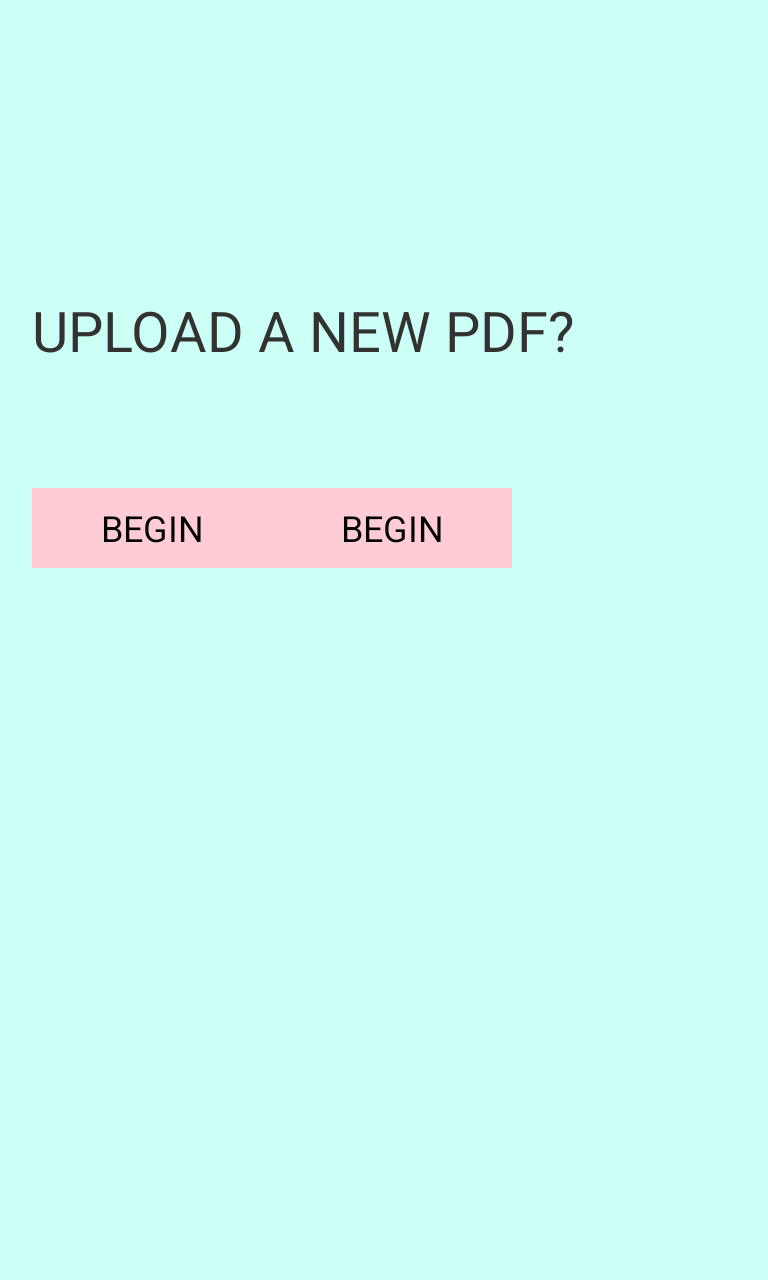
Repository: nick11roberts/Moka-Scanr
Layout: Document Uploader/res/layout/activity_preview.xml
These files come from the project's save history. The layout is drawn as it stood at one moment and after the next save; the edit follows.
It is drawn on a 768 x 1280 px phone screen (xhdpi) without system bars, with theme android:Theme.Holo.Light.NoActionBar; the app's code is not run. The app's manifest (not shown) leaves right-to-left support off. So textAlignment, textDirection and layoutDirection are ignored, and left and right values win over start and end ones.

Above is the layout before, as saved 2014-05-31 00:10:35.

### Document Uploader/res/layout/activity_preview.xml
<LinearLayout xmlns:android="http://schemas.android.com/apk/res/android"
    xmlns:tools="http://schemas.android.com/tools"
    android:layout_width="match_parent"
    android:layout_height="match_parent"
    android:background="@color/bg_color"
    android:baselineAligned="true"
    android:gravity="center_horizontal"
    android:orientation="vertical"
    android:paddingBottom="@dimen/activity_vertical_margin"
    android:paddingLeft="@dimen/activity_horizontal_margin"
    android:paddingRight="@dimen/activity_horizontal_margin"
    android:paddingTop="@dimen/activity_vertical_margin"
    tools:context=".MainActivity" >

    <TextView
        android:layout_width="match_parent"
        android:layout_height="wrap_content"
        android:paddingBottom="60dp"
        android:paddingTop="130dp"
        android:text="@string/main_heading"
        android:textAlignment="center"
        android:textAllCaps="true"
        android:textSize="28sp" />

    <LinearLayout
        android:layout_width="match_parent"
        android:layout_height="wrap_content"
        android:orientation="horizontal" >



        <Button
            android:id="@+id/uploadButton"
            android:layout_width="120dp"
            android:layout_height="40dp"
            android:background="@color/button_color"
            android:text="@string/main_button_upload"
            android:textAlignment="center" />

        <Button
            android:id="@+id/cancelButton"
            android:layout_width="120dp"
            android:layout_height="40dp"
            android:background="@color/button_color"
            android:text="@string/main_button_upload"
            android:textAlignment="center" />

    </LinearLayout>

</LinearLayout>

### Document Uploader/res/values/colors.xml
<?xml version="1.0" encoding="utf-8"?>
<resources>
   <color name="button_color">#FFCCD5</color>
   <color name="bg_color">#CCFFF6</color>
</resources>

### Document Uploader/res/values/strings.xml
<?xml version="1.0" encoding="utf-8"?>
<resources>

    <string name="app_name">PDF-Drive</string>
    <string name="action_settings">Settings</string>

    <!-- MAIN ACTIVITY -->
    <string name="main_heading">Upload a new PDF?</string>
    <string name="main_button_upload">BEGIN</string>

    <!-- OPTIONS ACTIVITY -->
    <string name="options_heading">Upload options</string>
    <string name="options_pages">Number of pages?</string>
    <string name="options_title">Title?</string>
    <string name="options_folder">Folder? (optional)</string>
    <string name="options_button_go">CONTINUE</string>

    <!-- PREVIEW ACTIVITY -->
    <string name="preview_heading">Upload a new PDF?</string>
    <string name="preview_button_upload">UPLOAD</string>
    <string name="preview_button_cancel">CANCEL</string>

</resources>

Loaded but not shown: Document Uploader/res/values/dimens.xml (common file); Document Uploader/res/values-w820dp/dimens.xml (common file)

After the next save:
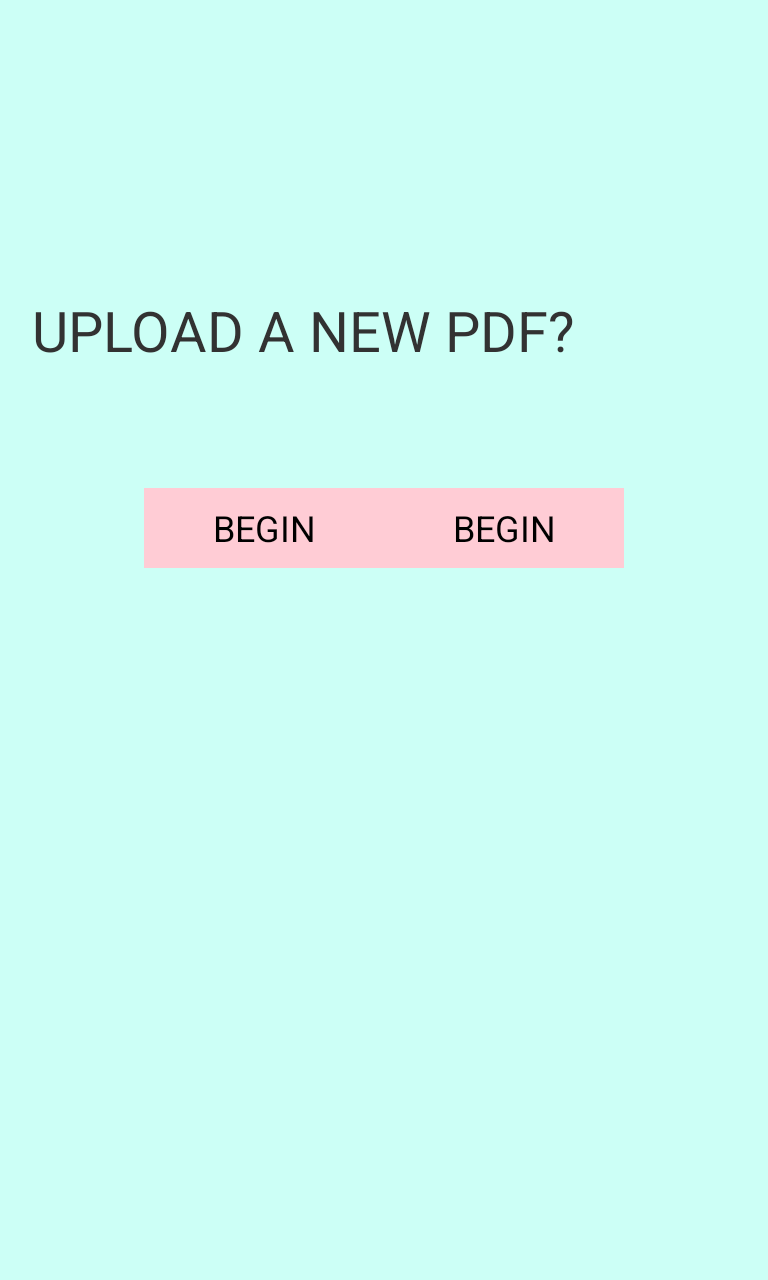
Saved 2 min 4 s later.
--- a/Document Uploader/res/layout/activity_preview.xml
+++ b/Document Uploader/res/layout/activity_preview.xml
@@ -25,7 +25,8 @@
     <LinearLayout
         android:layout_width="match_parent"
         android:layout_height="wrap_content"
-        android:orientation="horizontal" >
+        android:orientation="horizontal"
+        android:gravity="center" >
 
 
 
